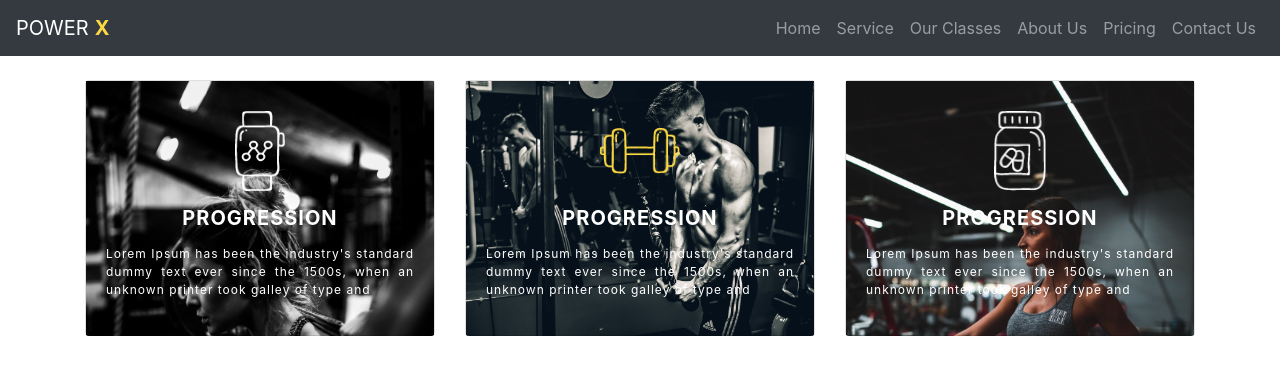
Repository: arif286/power-x-gym
Page: /
These files come from the project's save history. The page is drawn as it stood at one moment and after the next save; the edit follows.
The browser window is 1280 px wide. The pictures show the whole page.
The project was rebuilt for these pictures with package versions that can differ from the ones it lists, and the page was loaded fresh each time.

Above is the page before, as saved 2021-04-06 19:16:00.

### src/index.js
import React from 'react';
import ReactDOM from 'react-dom';
import App from './App';
import "./index.css";
import reportWebVitals from './reportWebVitals';
ReactDOM.render(
  <React.StrictMode>
    <App />
  </React.StrictMode>,
  document.getElementById('root')
);

// If you want to start measuring performance in your app, pass a function
// to log results (for example: reportWebVitals(console.log))
// or send to an analytics endpoint. Learn more: https://bit.ly/CRA-vitals
reportWebVitals();

### src/App.js
import "bootstrap/dist/css/bootstrap.min.css";
import React from 'react';
import { BrowserRouter as Router, Route, Switch } from "react-router-dom";
import Header from './components/Header/Header';
import Home from './components/Home/Home';
function App() {
  return (
    <div>
      <Router>
        <Header/>
        <Switch>
          <Route path='/home'>
            <Home/>
          </Route>
          <Route exact path='/'>
            <Home/>
          </Route>
        </Switch>
      </Router>
    </div>
  );
}

export default App;

### src/components/Header/Header.js
import React from "react";
import { Nav, Navbar } from "react-bootstrap";


const Header = () => {

  return (
    <div>
      <Navbar bg="dark" variant="dark">
        <Navbar.Brand href="#home">
          POWER
          <span style={{ color: "#FCD842",marginLeft:'6px', fontWeight:700 }}>X</span>
        </Navbar.Brand>
        <Nav className="ml-auto">
          <Nav.Link href="#home">Home</Nav.Link>
          <Nav.Link href="#features">Service</Nav.Link>
          <Nav.Link href="#features">Our Classes</Nav.Link>
          <Nav.Link href="#features">About Us</Nav.Link>
          <Nav.Link href="#features">Pricing</Nav.Link>
          <Nav.Link href="#pricing">Contact Us</Nav.Link>
        </Nav>
      </Navbar>
      <br />
    </div>
  );
};

export default Header;

### src/components/Home/Home.js
import React from "react";
import WorkOut from "../WorkOut/WorkOut";

const Home = () => {
  return (
    <>
     <WorkOut/>
    </>
  );
};

export default Home;

### src/components/WorkOut/WorkOut.js
import React from "react";
import { Card, Col, Container, Row } from "react-bootstrap";
import watch from "../../power-x-gym/Image & Icon/Group 80.png";
import dumble from "../../power-x-gym/Image & Icon/Group 81.png";
import box from "../../power-x-gym/Image & Icon/Group 82.png";
import "./WorkOut.css";

const WorkOut = () => {
  return (
    <>
      <Container>
        <Row className="row-cols-1 row-cols-md-3 g-4">
          <Col>
            <Card className="hard-work work-card h-100">
              <Card.Body className="text-center ">
                <img src={watch} className="work-img" alt="" />
                <h5>Progression</h5>
                <p>
                  Lorem Ipsum has been the industry's standard dummy text ever
                  since the 1500s, when an unknown printer took galley of type
                  and
                </p>
              </Card.Body>
            </Card>
          </Col>
          <Col>
            <Card className="work-out work-card h-100">
              <Card.Body className="text-center">
                <img className="work-img" src={dumble} alt="" />
                <h5>Progression</h5>
                <p>
                  Lorem Ipsum has been the industry's standard dummy text ever
                  since the 1500s, when an unknown printer took galley of type
                  and
                </p>
              </Card.Body>
            </Card>
          </Col>
          <Col>
            <Card className="nutrition work-card h-100">
              <Card.Body className="text-center">
                <img className="work-img" src={box} alt="" />
                <h5>Progression</h5>
                <p>
                  Lorem Ipsum has been the industry's standard dummy text ever
                  since the 1500s, when an unknown printer took galley of type
                  and
                </p>
              </Card.Body>
            </Card>
          </Col>
        </Row>
      </Container>
    </>
  );
};

export default WorkOut;

### src/components/WorkOut/WorkOut.css
.hard-work {
  background-image: url("../../power-x-gym/Image & Icon/hipcravo-5UbIqV58CW8-unsplash.jpg");
}
.work-out {
  background-image: url("../../power-x-gym/Image & Icon/daniel-apodaca-WdoQio6HPVA-unsplash.jpg");
}
.nutrition {
  background-image: url("../../power-x-gym/Image & Icon/penguinuhh-8VI6WwEEEHw-unsplash.jpg");
}
.work-card {
  background-repeat: no-repeat;
  background-size: cover;
}
.work-img {
  width: 80px;
  height: 80px;
  object-fit: contain;
  margin-bottom: 15px;
  margin-top: 10px;
}
.work-card h5 {
  color: white;
  text-transform: uppercase;
  font-weight: 700;
  letter-spacing: 1px;
  font-size: 20px;
}
.work-card p {
  color: white;
  font-size: 12px;
  letter-spacing: 1px;
  text-align: justify;
  margin-top: 15px;
}

Loaded but not shown: public/index.html (common file); src/index.css (common file); src/reportWebVitals.js (common file)

After the next save:
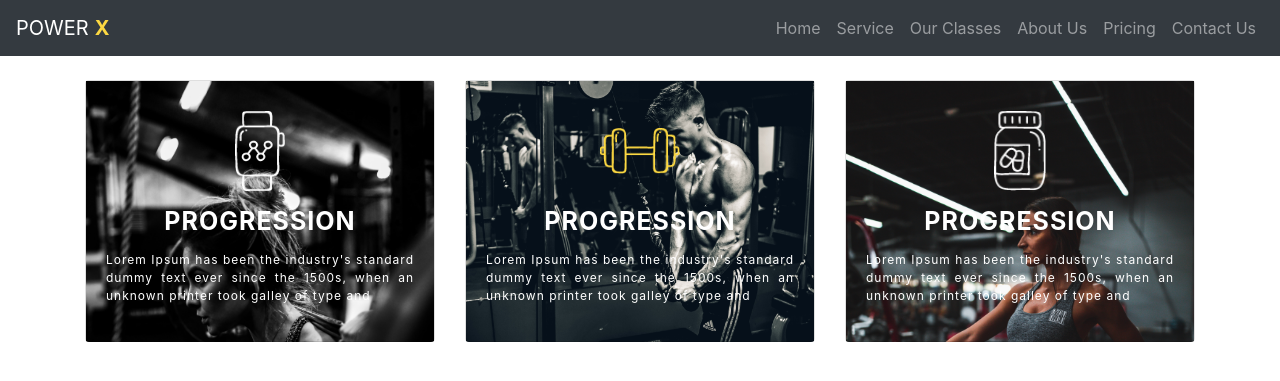
Saved 8 s later.
--- a/src/components/WorkOut/WorkOut.css
+++ b/src/components/WorkOut/WorkOut.css
@@ -23,7 +23,7 @@
   text-transform: uppercase;
   font-weight: 700;
   letter-spacing: 1px;
-  font-size: 20px;
+  font-size: 25px;
 }
 .work-card p {
   color: white;

After the save that followed:
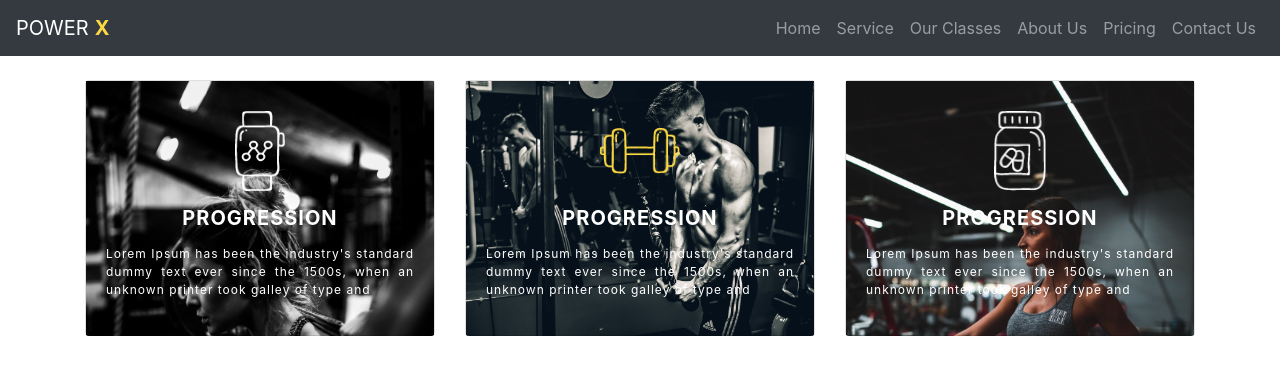
Saved 19 s later.
--- a/src/components/WorkOut/WorkOut.css
+++ b/src/components/WorkOut/WorkOut.css
@@ -23,7 +23,6 @@
   text-transform: uppercase;
   font-weight: 700;
   letter-spacing: 1px;
-  font-size: 25px;
 }
 .work-card p {
   color: white;
